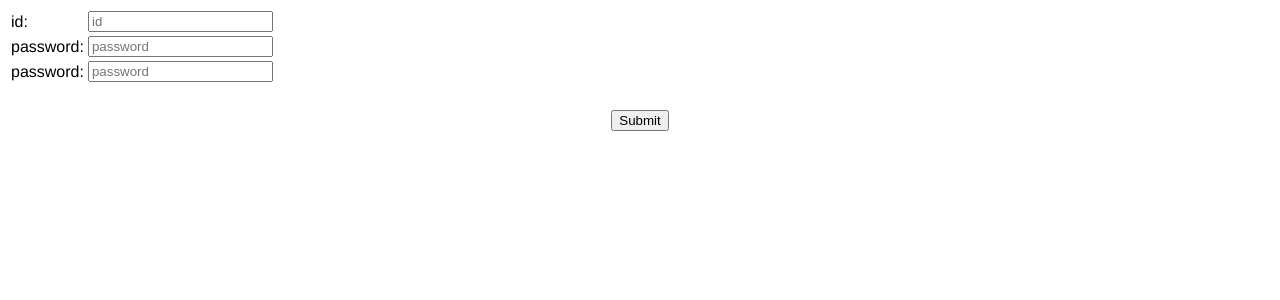
Repository: moshe31sh/Java_ee_final_project_todo_list
Page: http://localhost/Toto_list_final_project/addtask.jsp
An editor plug-in stored every save of this project. The page is shown before and after the next save, followed by the edit.
The browser window is 1280 px wide. The pictures show the whole page.
The page is served by Tomcat 9. Other server files are loaded and not shown.

Above is the page before, as saved 2015-12-10 21:21:01.

### Toto_list_final_project/WebContent/addtask.jsp
<%@ page language="java" contentType="text/html; charset=ISO-8859-1"
    pageEncoding="ISO-8859-1" errorPage="/error.jsp"%>
<!DOCTYPE html PUBLIC "-//W3C//DTD HTML 4.01 Transitional//EN" "http://www.w3.org/TR/html4/loose.dtd">
<html>
<head>
<meta http-equiv="Content-Type" content="text/html/; charset=ISO-8859-1">
<link rel="stylesheet" type="text/css" href="./CSS/add_task_style.css">

<title>Add new task</title>
<%-- <jsp:include page="usermenu.jsp"/>
 --%></head>
<body>
<div class="container">
<form id="addTask" method="post" action="">
    <table>
    <tr><td>id:</td><td><input  type="text" placeholder="id" name="id"  title="Inset Id"/></td></tr>
    <tr><td>password:</td><td><input type="password" size ="20" name="password" placeholder="password" title="Inset Pass"/></td></tr>
    <tr><td>password:</td><td><input type="password" size ="20" name="password" placeholder="password" title="Inset Pass"/></td></tr>

</table>

    <input class="submit" type="submit"/>
</form>
</div>
</body>
</html>

### Toto_list_final_project/WebContent/CSS/add_task_style.css
body {
	background: white;
	font-family: Helvetica, Arial, sans-serif;
}

#addtask{
	display:block;
	width: 50%;
	border: solid 1px blue;
	min-height: 100px;
	margin-left:262px;
	padding: 2%;
	font-size: 14px;
    text-transform: uppercase;

}

.submit{
	display:block;
	margin-left:auto;
	margin-right:auto;
	margin-top:2%;
}

After the next save:
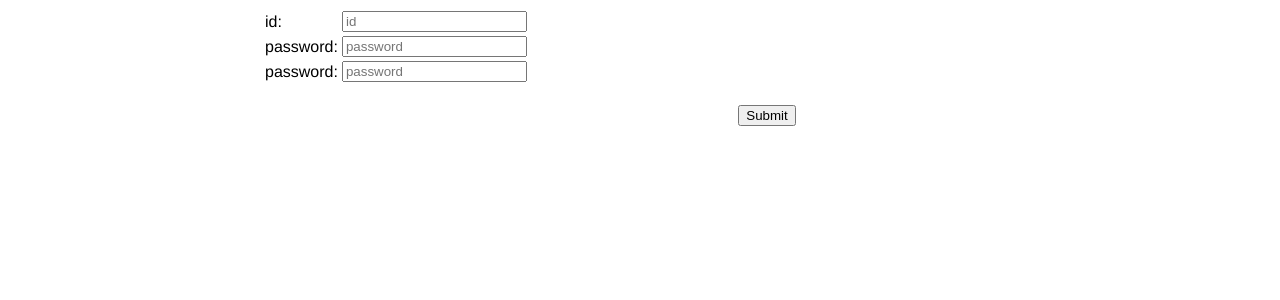
Saved 19 s later.
--- a/Toto_list_final_project/WebContent/CSS/add_task_style.css
+++ b/Toto_list_final_project/WebContent/CSS/add_task_style.css
@@ -1,6 +1,7 @@
 body {
 	background: white;
 	font-family: Helvetica, Arial, sans-serif;
+		margin-left:262px;
 }
 
 #addtask{
